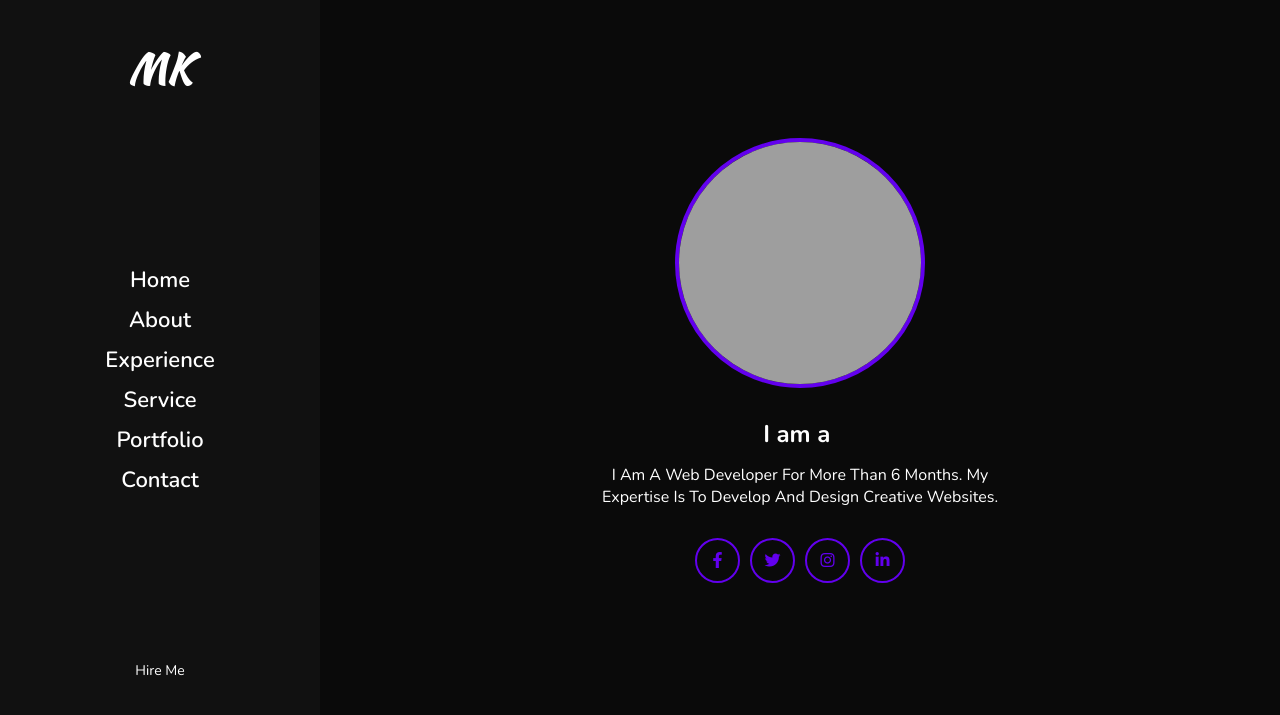
Repository: mk0144/Personal-Portfolio
Page: index.html
These files come from the project's save history. The page is drawn as it stood at one moment and after a run of saves; the edit follows.
The browser window is 1280 px wide. The pictures show the whole page.
Pictures or frames that could not be fetched are drawn as grey boxes. Some web libraries are served in a nearby version.

Above is the page before, as saved 2022-05-21 21:19:24.
Console error: SyntaxError: Unexpected token '}'

### index.html
<!DOCTYPE html>
<html>

<head>
    <title>My Portfolio</title>
    <link href="./css/stylesheet.css" rel="stylesheet">
    <link href="./css/media.css" rel="stylesheet">
    <link href="https://cdnjs.cloudflare.com/ajax/libs/font-awesome/6.1.1/css/all.min.css" rel="stylesheet">
</head>

<body>
    <main>
        <!-- sidebar -->
        <header>
            <div class="logo">
                <h1>MK</h1>
            </div>

            <ul class="menu">
                <li class="menu_item"><a href="#">Home</a></li>
                <li class="menu_item"><a href="#">About</a></li>
                <li class="menu_item"><a href="#">Experience</a></li>
                <li class="menu_item"><a href="#">Service</a></li>
                <li class="menu_item"><a href="#">Portfolio</a></li>
                <li class="menu_item"><a href="#">Contact</a></li>
            </ul>

            <div class="hire">
                <a href="#">Hire Me</a>
            </div>

        </header>
        <!-- \sidebar -->

        <!-- pages -->
        <div class="pages">
            <!-- home -->
            <section class="home" onmousewheel="scrollFunc(0)">
                <div class="home_inner">
                    <div class="pic">
                        <img src="https://img.freepik.com/free-photo/handsome-confident-smiling-man-with-hands-crossed-chest_176420-18743.jpg?t=st=1652281811~exp=1652282411~hmac=6ffdf10012cb5dbc06aa54032b22c75f276b0e4fb6505f701aa6eadd4853c3fd&w=826"
                            alt="Self Image">
                    </div>

                    <h2>I am a <span id="roleText"></span></h2>

                    <p>
                        I Am A Web Developer For More Than 6 Months. My Expertise Is To Develop And Design Creative
                        Websites.
                    </p>

                    <ul class="social_links">
                        <li><a href="#"><i class="fa-brands fa-facebook-f"></i></a></li>
                        <li><a href="#"><i class="fa-brands fa-twitter"></i></a></li>
                        <li><a href="#"><i class="fa-brands fa-instagram"></i></a></li>
                        <li><a href="#"><i class="fa-brands fa-linkedin-in"></i></a></li>
                    </ul>

                </div>
            </section>
            <!-- \home -->


            <!-- about -->
            <section class="about" onmousewheel="scrollFunc(1)">
                <div class="about_inner">
                    <h1>About Me</h1>

                    <div class="bottom">
                        <div class="pic">
                            <img src="https://img.freepik.com/free-photo/attractive-laughing-guy-having-fun-smiling-happy_176420-18839.jpg?t=st=1652270858~exp=1652271458~hmac=8bf7c3dfd1bbd5bdfd2ee253775783bd67b9f300cc793455fe6b38c6d306b22e&w=826"
                                alt="Self Image">
                        </div>
                    </div>

                </div>
            </section>
            <!-- \about -->


            <!-- skills -->
            <section class="skills" onmousewheel="scrollFunc(2)">
                <div class="skills_inner">
                    <h1>Skills</h1>

                </div>
            </section>
            <!-- \skills -->


            <!-- experience -->
            <section class="experience" onmousewheel="scrollFunc(3)">
                <div class="experience_inner">
                    <h1>Experience</h1>
                </div>
            </section>
            <!-- \experience -->


        </div>
        <!-- \pages -->

    </main>


    <!-- script -->
    <script src="./js/script.js"></script>
</body>

</html>

### css/stylesheet.css
/* common */
@import url("https://fonts.googleapis.com/css2?family=Nunito:ital,wght@0,200;0,300;0,400;0,500;0,600;0,700;0,800;0,900;1,200;1,300;1,400;1,500;1,600;1,700;1,800;1,900&display=swap");
@import url("https://fonts.googleapis.com/css2?family=Kaushan+Script&family=Poppins:ital,wght@0,100;0,200;0,300;0,400;0,500;0,600;0,700;0,800;0,900;1,100;1,200;1,300;1,400;1,500;1,600;1,700;1,800;1,900&display=swap");

:root {
  --primary: #6200ee;
  --black: #0a0a0a;
  --blackDim: #111111;
}

* {
  margin: 0;
  padding: 0;
  box-sizing: border-box;
  list-style: none;
  text-decoration: none;
  font-family: "Nunito";
  font-size: 10px;
  color: white;
}

a {
  font-size: 1.4rem;
  display: inline-block;
}

span {
  display: inline-block;
}

img {
  width: 100%;
  height: 100%;
  object-fit: cover;
  object-position: center;
}

p {
  font-size: 1.6rem;
}

ul li {
  font-size: 1.6rem;
}

h1 {
  font-size: 3.2rem;
}

h2 {
  font-size: 2.4rem;
}
/* \common */

/* main */
main {
  width: 100%;
}
/* header */
header {
  width: 25%;
  height: 100%;
  position: fixed;
  padding: 4rem 2rem;
  background-color: var(--blackDim);
  text-align: center;
  display: flex;
  flex-direction: column;
  justify-content: space-between;
}
/* \header */

/* pages */
.pages {
  width: 75%;
  height: 100vh;
  overflow: hidden;
  margin: 0 0 0 25%;
}

.pages > section {
  width: 100%;
  height: 100vh;
  overflow: hidden;
  padding: 0 6rem;
  display: flex;
  align-items: center;
  transition: 2s;
}

.pages .home {
  background-color: var(--black);
  justify-content: center;
  text-align: center;
}

.pages .about {
  background-color: black;
}

.pages .skills {
  background-color: var(--black);
}

.pages .experience {
  background: black;
}
/* \pages */
/* /main */

/* header */
header .logo h1 {
  font-family: "Kaushan Script";
  font-size: 4rem;
  color: white;
}

header .menu {
  display: grid;
  row-gap: 1rem;
}

header .menu a {
  font-size: 2.2rem;
  font-weight: 600;
  transition: 0.5s;
}

header .menu_item.active a {
  color: var(--primary);
}

header .menu a:hover {
  color: var(--primary);
  transition: 0.5s;
}
/* \header */

/* pages */
/* home */
.home .home_inner {
  max-width: 400px;
}

.home .pic {
  width: 250px;
  height: 250px;
  border-radius: 50%;
  border: 4px solid var(--primary);
  margin: 0 auto 3rem;
}

.home h2 {
  margin: 0 0 1.4rem;
}

.home h2 span {
  font-size: 2.4rem;
  color: var(--primary);
  position: relative;
}

.home h2 span::after {
  content: "";
  display: inline-block;
  position: absolute;
  width: 3px;
  height: 100%;
  transform: scale(70%);
  background-color: var(--primary);
  animation: cursor_blink 0.3s steps(2) infinite;
}

@keyframes cursor_blink {
  0% {
    visibility: hidden;
  }
}

.home img {
  height: 100%;
  border-radius: 50%;
}

.home .social_links {
  display: flex;
  align-items: center;
  justify-content: center;
  column-gap: 1rem;
  margin: 3rem 0 0;
}

.home .social_links li a {
  width: 4.5rem;
  height: 4.5rem;
  padding: 5px;
  border-radius: 50%;
  border: 2px solid var(--primary);
  display: flex;
  align-items: center;
  justify-content: center;
  transition: 0.5s;
}

.home .social_links li a:hover {
  background-color: white;
  border-color: white;
  transition: 0.5s;
}

.home .social_links li i {
  font-size: 1.6rem;
  color: var(--primary);
  transition: 0.5s;
}

.home .social_links li a:hover i {
  color: var(--black);
  transition: 0.5s;
}
/* \home */

/* about */
.about h1 {
  margin: 0 0 1rem;
}

.about .pic {
  width: 300px;
  height: 350px;
}
/* \about */

/* skills */

/* \skills */
/* \pages */

### js/script.js
// variables
// sections
let scrollValues = [100, 100, 100, 100];
let sections = document.getElementsByTagName("section");
let menu_items = document.getElementsByClassName("menu_item");
menu_items[0].classList.add("active");
// \sections
// home
let roles = ["Web Developer", "Web Designer", "Director", "Marketer"];
let rolesI = 0;
let charPos = 0;
// \home
// \variables

/////////////// functions /////////////
// dynamic text
setInterval(function () {
  setText(roles[rolesI].charAt(charPos));

  console.log(roles[roles.length - 1].length === charPos);

  if (roles[rolesI].length > charPos) {
    charPos++;
    console.log("if");
  } else {
    document.getElementById("roleText").innerHTML = null;
    rolesI++;
    charPos = 0;
    console.log("else if");
    if(roles[roles.length - 1].length )
  }
  // else {
  //   document.getElementById("roleText").innerHTML = null;
  //   rolesI = 0;
  //   charPos = 0;
  //   console.log("else");
  // }
}, 300);

function setText(text) {
  document.getElementById("roleText").innerHTML += text;
}
// \dynamic text

// smooth scroll
function scrollFunc(index) {
  let scrollToBottom = Math.sign(event.deltaY) === 1;

  if (scrollToBottom && scrollValues[index] > 0) {
    // go top to bottom sections
    if (scrollValues[index - 1] < 100 && scrollValues[index - 1] > 0) {
      scrollValues[index - 1] = scrollValues[index - 1] - 50;
      console.log("if's if", scrollValues);
      sections[index - 1].style.height = scrollValues[index - 1] + "vh";
    } else if (scrollValues.length - 1 !== index) {
      scrollValues[index] = scrollValues[index] - 50;
      console.log("if's else", scrollValues);
      sections[index].style.height = scrollValues[index] + "vh";
    }
  } else if (!scrollToBottom && scrollValues[0] !== 100) {
    // got bottom to top sections
    if (scrollValues[index] < 100) {
      scrollValues[index] = scrollValues[index] + 50;
      console.log("else if's if", scrollValues);
      sections[index].style.height = scrollValues[index] + "vh";
    } else if (scrollValues[index - 1] < 100) {
      scrollValues[index - 1] = scrollValues[index - 1] + 50;
      console.log("else if's else", scrollValues);
      sections[index - 1].style.height = scrollValues[index - 1] + "vh";
    }
  }
}
// \smooth scroll

Loaded but not shown: css/media.css (no stored copy; drawn as an empty file)

After the next 2 saves:
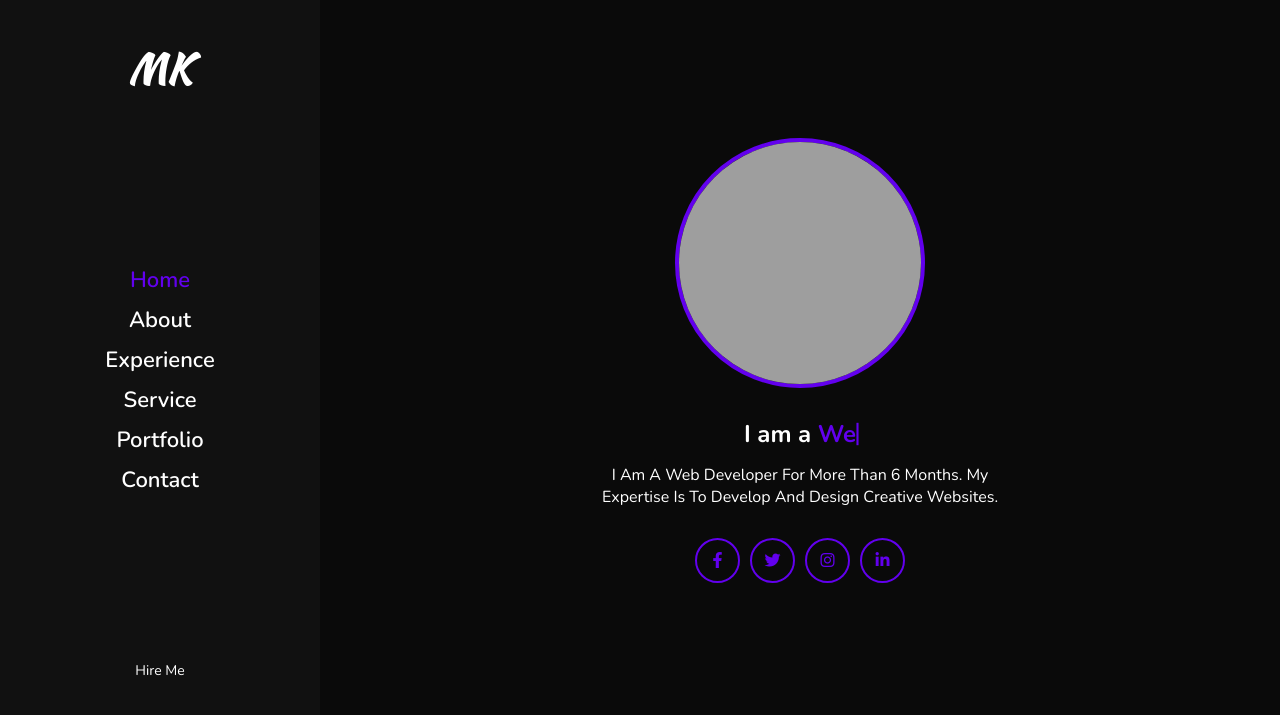
The error is gone.
The 2 saves are shown as one change because they came seconds apart.
The last was saved 30 s later.
--- a/js/script.js
+++ b/js/script.js
@@ -27,7 +27,9 @@ setInterval(function () {
     rolesI++;
     charPos = 0;
     console.log("else if");
-    if(roles[roles.length - 1].length )
+    if (roles[roles.length - 1].length === charPos) {
+
+    }
   }
   // else {
   //   document.getElementById("roleText").innerHTML = null;
